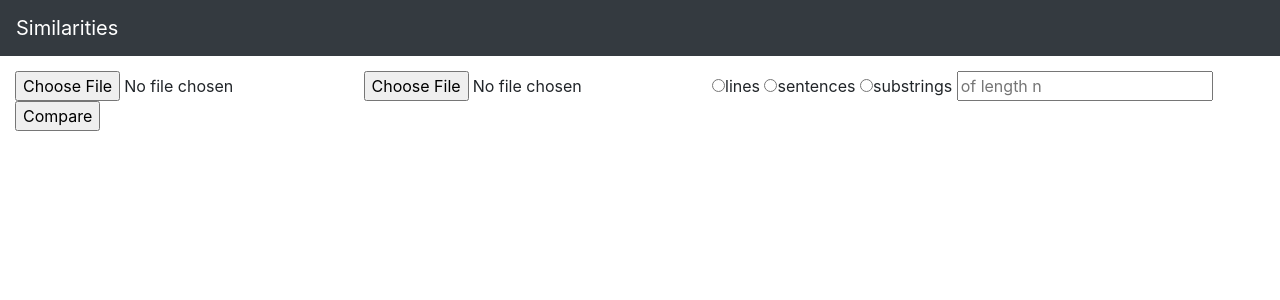
Repository: kenwynejohnes/cs50
Page: http://localhost/
The author's editor kept a record of every edit. The page is drawn from the files as they stood at one moment, then again after the next edit.
The browser window is 1280 px wide. The pictures show the whole page.
Some web libraries are served in a nearby version. The page is served by the project's application, run on Flask 3 (pset6/similarities/application.py). Other server files are loaded and not shown.

Above is the page before.

### pset6/similarities/templates/index.html
{% extends "layout.html" %}

{% block body %}

    <div class="col">
        <form action="/compare" enctype="multipart/form-data" method="post">

            <!-- TODO -->
            <input type="file" name="file1"></input>
            <input type="file" name="file2"></input>

            <input type="radio" name="algorithm" value="lines">lines</input>
            <input type="radio" name="algorithm" value="sentences">sentences</input>
            <input type="radio" name="algorithm" value="substrings">substrings</input>
            <input type="number" name="length" placeholder="of length n">

            <button type="submit">Compare</button>


        </form>
    </div>

{% endblock %}

### pset6/similarities/templates/layout.html
<!DOCTYPE html>

<html lang="en">
    <head>

        <!-- Required meta tags -->
        <meta charset="utf-8"/>
        <meta name="viewport" content="width=device-width, initial-scale=1, shrink-to-fit=no"/>

        <!-- Bootstrap CSS -->
        <link href="https://maxcdn.bootstrapcdn.com/bootstrap/4.0.0-beta/css/bootstrap.min.css" rel="stylesheet"/>

        <link href="/static/styles.css" rel="stylesheet"/>

        <title>Similarities</title>

    </head>
    <body>

        <nav class="navbar fixed-top navbar-dark bg-dark">
            <a class="navbar-brand" href="/">Similarities</a>
        </nav>

        <div class="container-fluid">
            <div class="row">
                {% block body %}{% endblock %}
            </div>
        </div>

        <!-- Optional JavaScript -->
        <script src="https://code.jquery.com/jquery-3.2.1.slim.min.js"></script>
        <script src="https://cdnjs.cloudflare.com/ajax/libs/popper.js/1.11.0/umd/popper.min.js"></script>
        <script src="https://maxcdn.bootstrapcdn.com/bootstrap/4.0.0-beta/js/bootstrap.min.js"></script>

    </body>
</html>

Loaded but not shown: pset6/similarities/application.py (common file); pset6/similarities/static/styles.css (common file)

After the next edit:
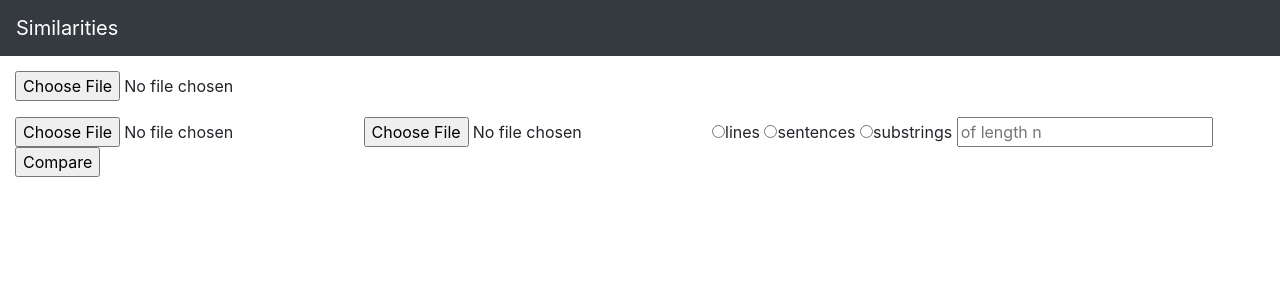
The edit:
--- a/pset6/similarities/templates/index.html
+++ b/pset6/similarities/templates/index.html
@@ -6,6 +6,9 @@
         <form action="/compare" enctype="multipart/form-data" method="post">
 
             <!-- TODO -->
+            <p>
+                <input type="file" name="file1"></input>
+            </p>
             <input type="file" name="file1"></input>
             <input type="file" name="file2"></input>
 
